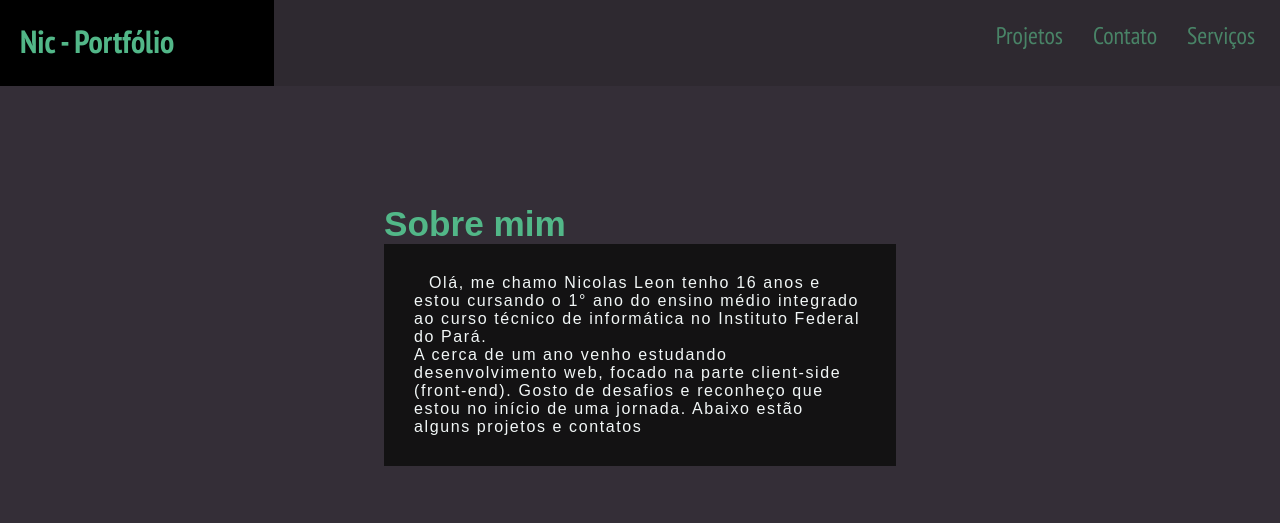
Repository: Leonngc/portfolio
Page: index.html
An editor plug-in stored every save of this project. The page is shown before and after the next save, followed by the edit.
The browser window is 1280 px wide. The pictures show the whole page.

Above is the page before, as saved 2022-12-02 10:56:25.

After the next save:
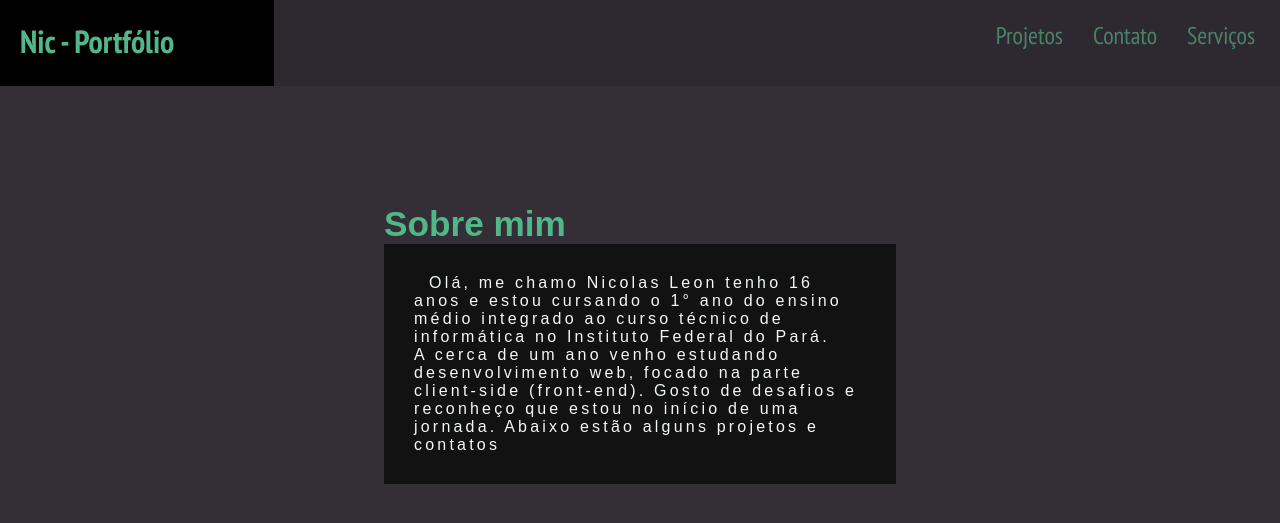
Saved 4 s later.
--- a/home.css
+++ b/home.css
@@ -77,7 +77,7 @@
     background-color: #131213;
     color: #f2f7f7;
     font-family: Arial, Helvetica, sans-serif;
-    letter-spacing: .1em;
+    letter-spacing: .2em;
     text-align: left;
     text-indent: 15px;
 }

After the save that followed:
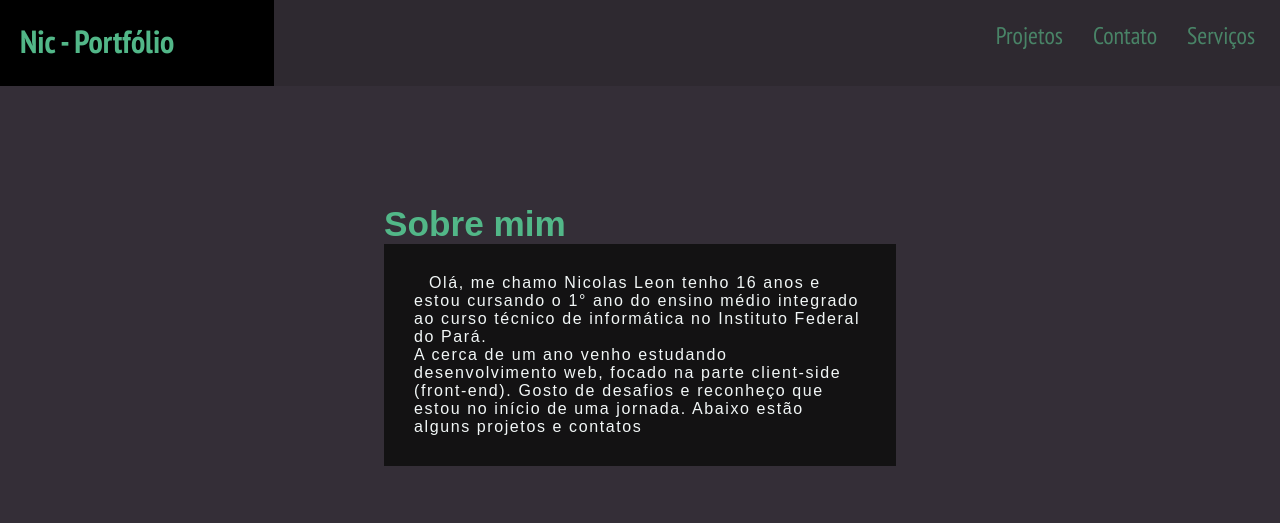
Saved 4 s later.
--- a/home.css
+++ b/home.css
@@ -77,7 +77,7 @@
     background-color: #131213;
     color: #f2f7f7;
     font-family: Arial, Helvetica, sans-serif;
-    letter-spacing: .2em;
+    letter-spacing: .1em;
     text-align: left;
     text-indent: 15px;
 }
